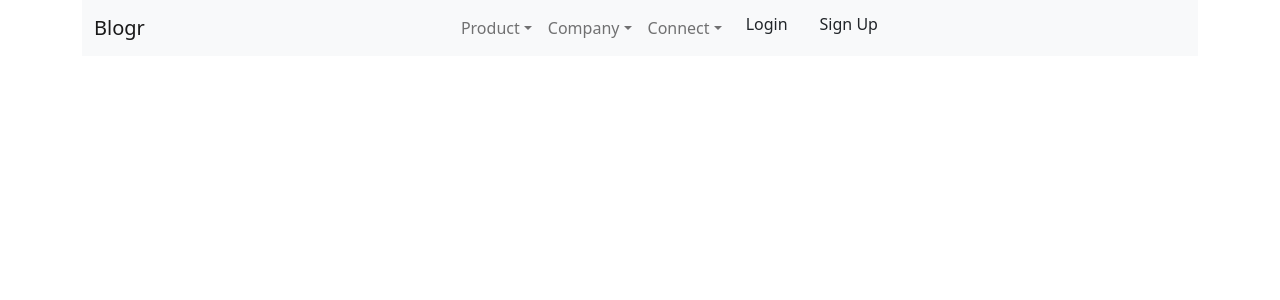
Repository: badhon252/blogr-landing-page
Page: /
The author's editor kept a copy of each file at every save. The page is drawn from the files as they stood at one save, then again after the next save.
The browser window is 1280 px wide. The pictures show the whole page.
The project was rebuilt for these pictures with package versions that can differ from the ones it lists, and the page was loaded fresh each time.

Above is the page before, as saved 2022-01-17 21:12:28.

### public/index.html
<!DOCTYPE html>
<html lang="en">

<head>
  <meta charset="utf-8" />
  <link rel="icon" href="%PUBLIC_URL%/favicon.ico" />
  <meta name="viewport" content="width=device-width, initial-scale=1" />
  <meta name="theme-color" content="#000000" />
  <meta name="description" content="Web site created using create-react-app" />
  <link rel="apple-touch-icon" href="%PUBLIC_URL%/logo192.png" />

  <link rel="manifest" href="%PUBLIC_URL%/manifest.json" />
  <!-- Bootstrap css  -->
  <link href="https://cdn.jsdelivr.net/npm/bootstrap@5.1.3/dist/css/bootstrap.min.css" rel="stylesheet"
    integrity="sha384-1BmE4kWBq78iYhFldvKuhfTAU6auU8tT94WrHftjDbrCEXSU1oBoqyl2QvZ6jIW3" crossorigin="anonymous">


  <title>Blogr</title>
</head>

<body>
  <noscript>You need to enable JavaScript to run this app.</noscript>
  <div id="root"></div>

  <!-- Bootstrap js  -->
  <script src="https://cdn.jsdelivr.net/npm/bootstrap@5.1.3/dist/js/bootstrap.bundle.min.js"
    integrity="sha384-ka7Sk0Gln4gmtz2MlQnikT1wXgYsOg+OMhuP+IlRH9sENBO0LRn5q+8nbTov4+1p"
    crossorigin="anonymous"></script>

</body>

</html>

### src/App.js
import Maincomp from "./components/MainComp";

function App() {
  return (
    <div className="App">
      <Maincomp />
    </div>
  );
}

export default App;

### src/components/MainComp.js
import React from "react";
import Header from "./Header/Header";

const Maincomp = () => {
  return (
    <div>
      <Header />
    </div>
  );
};

export default Maincomp;

### src/components/Header/Header.js
import React from "react";
import Nav from "./Nav";

export default function Header() {
  return (
    <div className="container">
      <Nav />
    </div>
  );
}

### src/components/Header/Nav.js
import React from "react";

const Nav = () => {
  return (
    <div>
      <nav className="navbar navbar-expand-lg navbar-light bg-light">
        <div className="container-fluid">
          <a className="navbar-brand" href="/">
            Blogr
          </a>
          <button
            className="navbar-toggler"
            type="button"
            data-bs-toggle="collapse"
            data-bs-target="#navbarSupportedContent"
            aria-controls="navbarSupportedContent"
            aria-expanded="false"
            aria-label="Toggle navigation"
          >
            <span className="navbar-toggler-icon"></span>
          </button>
          <div className="collapse navbar-collapse" id="navbarSupportedContent">
            <ul className="navbar-nav me-auto mb-2 mb-lg-0  ms-auto">
              <li className="nav-item dropdown">
                <a
                  className="nav-link dropdown-toggle"
                  href="/"
                  id="navbarDropdown"
                  role="button"
                  data-bs-toggle="dropdown"
                  aria-expanded="false"
                >
                  Product
                </a>
                <ul className="dropdown-menu" aria-labelledby="navbarDropdown">
                  <li>
                    <a className="dropdown-item" href="/">
                      Action
                    </a>
                  </li>
                  <li>
                    <a className="dropdown-item" href="/">
                      Another action
                    </a>
                  </li>
                  <li>
                    <hr className="dropdown-divider" />
                  </li>
                  <li>
                    <a className="dropdown-item" href="/">
                      Something else here
                    </a>
                  </li>
                </ul>
              </li>{" "}
              <li className="nav-item dropdown">
                <a
                  className="nav-link dropdown-toggle"
                  href="/"
                  id="navbarDropdown"
                  role="button"
                  data-bs-toggle="dropdown"
                  aria-expanded="false"
                >
                  Company
                </a>
                <ul className="dropdown-menu" aria-labelledby="navbarDropdown">
                  <li>
                    <a className="dropdown-item" href="/">
                      Action
                    </a>
                  </li>
                  <li>
                    <a className="dropdown-item" href="/">
                      Another action
                    </a>
                  </li>
                  <li>
                    <hr className="dropdown-divider" />
                  </li>
                  <li>
                    <a className="dropdown-item" href="/">
                      Something else here
                    </a>
                  </li>
                </ul>
              </li>{" "}
              <li className="nav-item dropdown">
                <a
                  className="nav-link dropdown-toggle"
                  href="/"
                  id="navbarDropdown"
                  role="button"
                  data-bs-toggle="dropdown"
                  aria-expanded="false"
                >
                  Connect
                </a>
                <ul className="dropdown-menu" aria-labelledby="navbarDropdown">
                  <li>
                    <a className="dropdown-item" href="/">
                      Action
                    </a>
                  </li>
                  <li>
                    <a className="dropdown-item" href="/">
                      Another action
                    </a>
                  </li>
                  <li>
                    <hr className="dropdown-divider" />
                  </li>
                  <li>
                    <a className="dropdown-item" href="/">
                      Something else here
                    </a>
                  </li>
                </ul>
              </li>
              <li className="d-flex">
                <a className="dropdown-item ms-auto" href="/">
                  Login
                </a>
              </li>{" "}
              <li className="d-flex ">
                <a className="dropdown-item" href="/">
                  Sign Up
                </a>
              </li>
            </ul>
          </div>
        </div>
      </nav>
    </div>
  );
};

export default Nav;

Loaded but not shown: src/index.js (common file); src/reportWebVitals.js (common file)

After the next save:
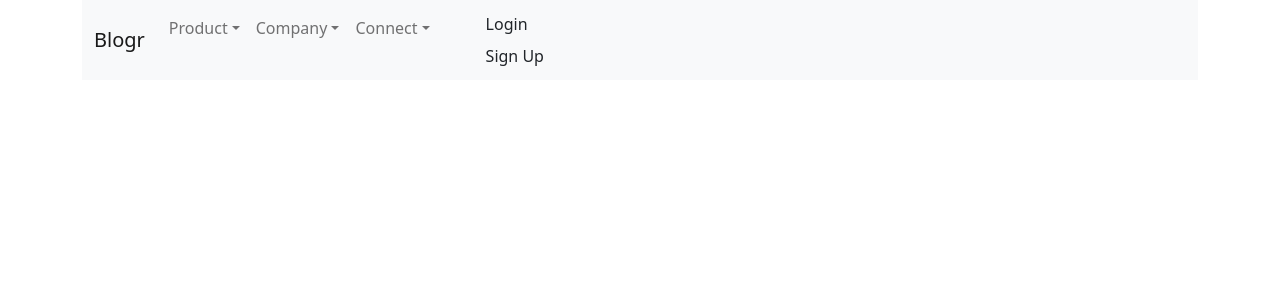
Saved 40 s later.
--- a/src/components/Header/Nav.js
+++ b/src/components/Header/Nav.js
@@ -20,7 +20,7 @@ const Nav = () => {
             <span className="navbar-toggler-icon"></span>
           </button>
           <div className="collapse navbar-collapse" id="navbarSupportedContent">
-            <ul className="navbar-nav me-auto mb-2 mb-lg-0  ms-auto">
+            <ul className="navbar-nav me-auto mb-2 mb-lg-0">
               <li className="nav-item dropdown">
                 <a
                   className="nav-link dropdown-toggle"
@@ -117,16 +117,18 @@ const Nav = () => {
                   </li>
                 </ul>
               </li>
-              <li className="d-flex">
-                <a className="dropdown-item ms-auto" href="/">
-                  Login
-                </a>
-              </li>{" "}
-              <li className="d-flex ">
-                <a className="dropdown-item" href="/">
-                  Sign Up
-                </a>
-              </li>
+              <ul className="ms-auto">
+                <li className="d-flex">
+                  <a className="dropdown-item ms-auto" href="/">
+                    Login
+                  </a>
+                </li>{" "}
+                <li className="d-flex ">
+                  <a className="dropdown-item ms-auto" href="/">
+                    Sign Up
+                  </a>
+                </li>
+              </ul>
             </ul>
           </div>
         </div>
